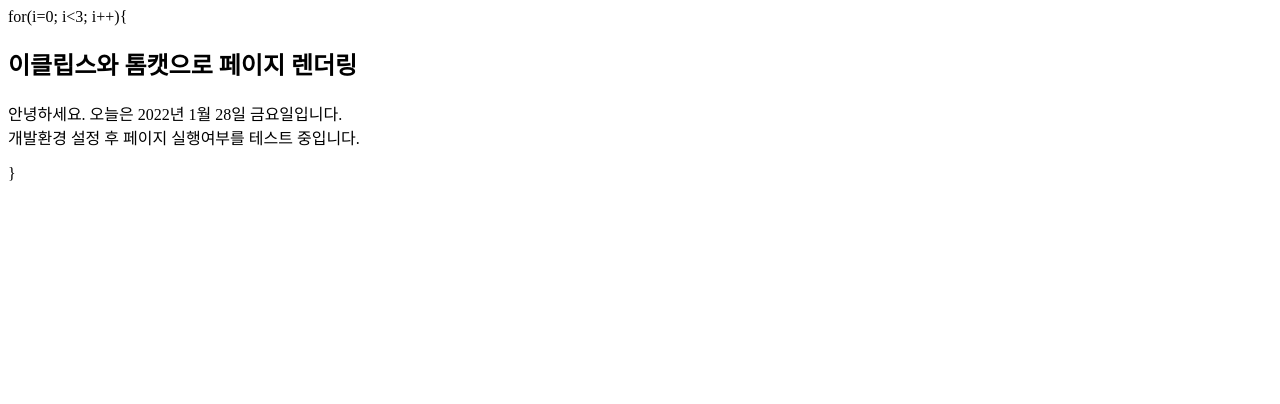
Repository: eun-chongzzz/jsp_practice
Page: http://localhost/JSPBasic/Hello.jsp
These files come from the project's save history. The page is drawn as it stood at one moment and after the next save; the edit follows.
The browser window is 1280 px wide. The pictures show the whole page.
The page is served by Tomcat 9.

Above is the page before, as saved 2022-01-28 02:04:03.

After the next save:
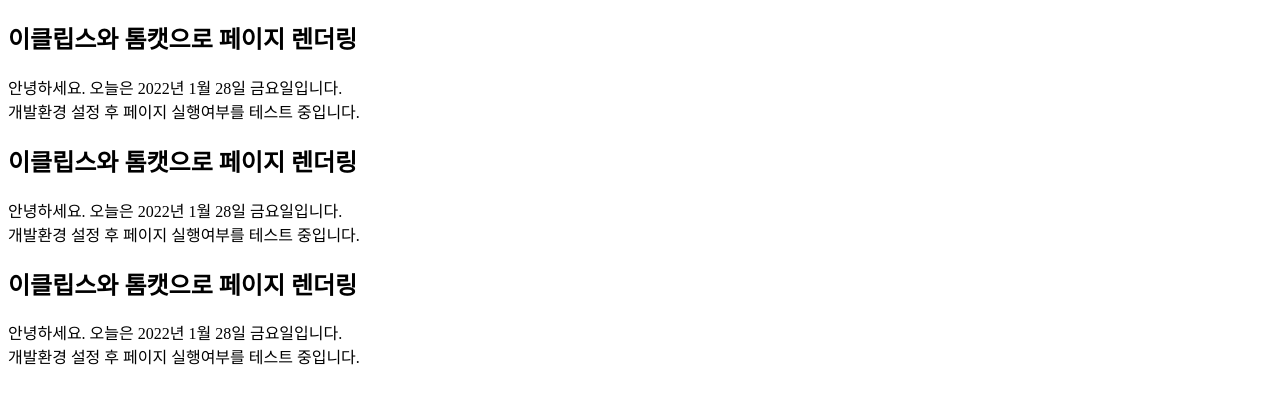
Saved 63 s later.
--- a/JSPBasic/src/main/webapp/Hello.jsp
+++ b/JSPBasic/src/main/webapp/Hello.jsp
@@ -8,12 +8,21 @@
 </head>
 <body>
 
-	for(i=0; i<3; i++){
 	<h2>이클립스와 톰캣으로 페이지 렌더링</h2>
 	<p>
 		안녕하세요. 오늘은 2022년 1월 28일 금요일입니다.<br/>
 		개발환경 설정 후 페이지 실행여부를 테스트 중입니다.
 	</p>
-	}
+	<h2>이클립스와 톰캣으로 페이지 렌더링</h2>
+	<p>
+		안녕하세요. 오늘은 2022년 1월 28일 금요일입니다.<br/>
+		개발환경 설정 후 페이지 실행여부를 테스트 중입니다.
+	</p>
+	<h2>이클립스와 톰캣으로 페이지 렌더링</h2>
+	<p>
+		안녕하세요. 오늘은 2022년 1월 28일 금요일입니다.<br/>
+		개발환경 설정 후 페이지 실행여부를 테스트 중입니다.
+	</p>
+
 </body>
 </html>
